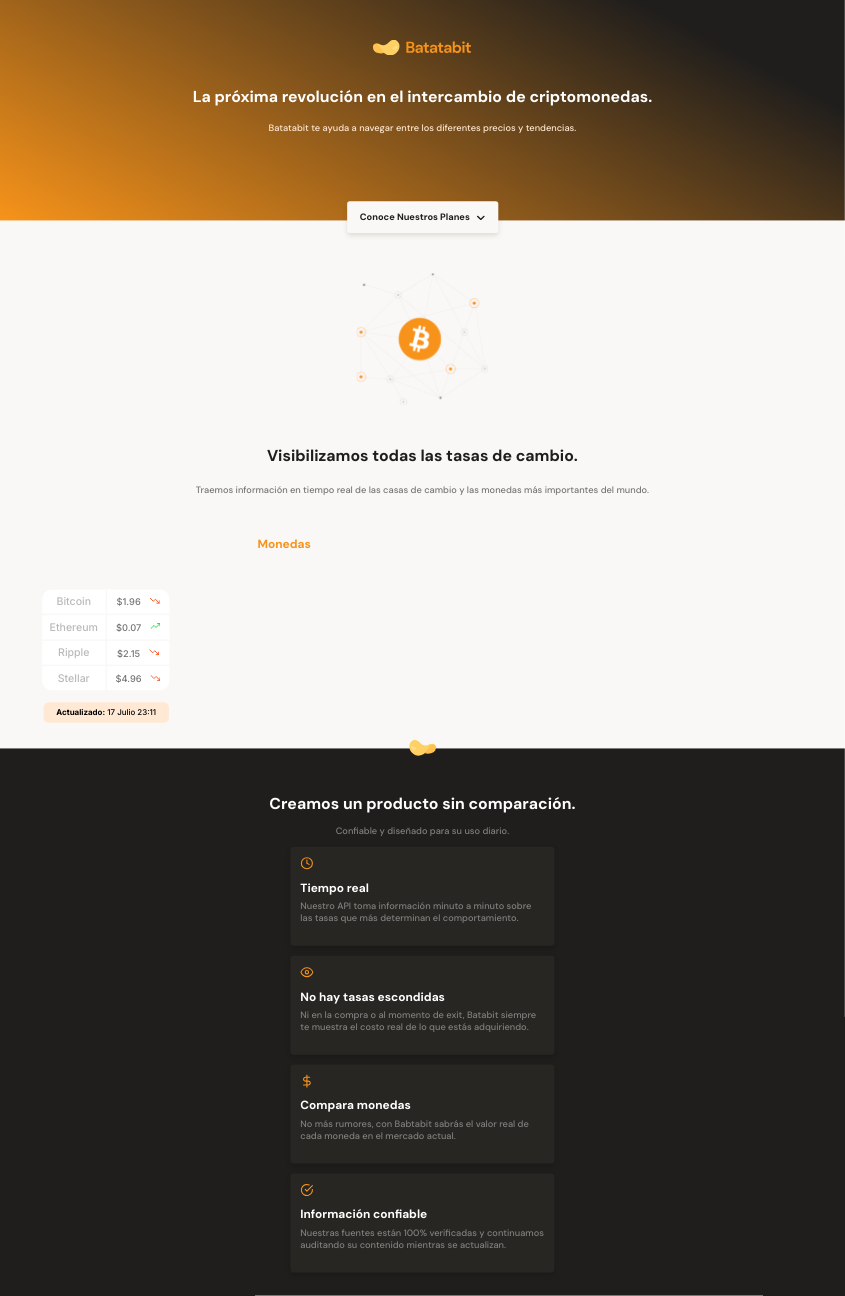
Repository: Pandrea-hub/Batatabit
Page: index.html
These files come from the project's save history. The page is drawn as it stood at one moment and after the next save; the edit follows.
The browser window is 1280 px wide. The pictures show the whole page, at 66% of full size.

Above is the page before, as saved 2022-04-19 08:09:02.

### index.html
<!DOCTYPE html>
<html lang="en">
<head>
    <meta charset="UTF-8">
    <meta http-equiv="X-UA-Compatible" content="IE=edge">
    <meta name="viewport" content="width=device-width, initial-scale=1.0">
    <title>Document</title>
    <link rel="preconnect" href="https://fonts.googleapis.com">
    <link rel="preconnect" href="https://fonts.gstatic.com" crossorigin>
    <link href="https://fonts.googleapis.com/css2?family=DM+Sans:wght@400;500;700&family=Inter:wght@300;500;700&display=swap" rel="stylesheet">
    <link rel="stylesheet" href="./style.css">
</head>
<body>


    <header>

        <img src="./assets/img/logo.svg" alt="Logo del header donde estara una patata y el nombre que es Batatabit"/>
        <div class="header--title-container">
            <h1>La próxima revolución en el intercambio de criptomonedas.</h1>
            <p>Batatabit te ayuda a navegar entre los diferentes precios y tendencias.</p>
            <a href="" class="header--button">Conoce Nuestros Planes<span></span></a>
        </div>
    </header>


    <main>
        <section class="main-exchange--container">
            <div class="backgroungImg"></div>
            <div class="main-exchange--container--title">
                <h2>Visibilizamos todas las tasas de cambio.</h2>
                <p>Traemos información en tiempo real de las casas de cambio y las monedas más importantes del mundo.</p>
            </div>

            <section class="main-tables-container">
                <div class="main-currency-table">



                    <div class="currenty-table">

                        <div class="container-arrow--left" id="arrow-left"></div>

                        <div class="currency-table--container" id="table-1">
                            <p class="currency-table--title" id="title-1">Monedas</p>
                            <table>
                                <tr>
                                    <tr>
                                        <td class="table__top--left">Bitcoin</td>
                                        <td class="table__top--right table__right">$1.96 <span class="down"></span></td>
                                    </tr>
                                    <tr>
                                        <td>Ethereum</td>
                                        <td class="table__right">$0.07 <span class="up"></span></td>
                                    </tr>
                                    <tr>
                                        <td>Ripple</td>
                                        <td class="table__right">$2.15 <span class="down"></span></td>
                                    </tr>
                                    <tr>
                                        <td class="table__bottom--left">Stellar</td>
                                        <td class="table__bottom-right table__right">$4.96 <span class="down"></span></td>
                                    </tr>
                                </tr>
                            </table>
                        </div>


                        <div class="currency-table--container" id="table-2">
                            <p class="currency-table--title" id="title-2">Comisiones</p>
                            <table>
                                <tr>
                                    <tr>
                                        <td class="table__top--left">Bitrade</td>
                                        <td class="table__top--right table__right">$ 12.96</td>
                                    </tr>
                                    <tr>
                                        <td>Bitpreco</td>
                                        <td class="table__right">$ 13.07</td>
                                    </tr>
                                    <tr>
                                        <td>Novadax</td>
                                        <td class="table__right">$ 13.15</td>
                                    </tr>
                                    <tr>
                                        <td class="table__bottom--left">Coinext</td>
                                        <td class="table__bottom-right table__right">$ 14.96</td>
                                    </tr>
                                </tr>
                            </table>
                        </div>

                        <div class="container-arrow" id="arrow-right"></div>

                    </div>

                    <div class="currency-table--date" id="table-date">
                        <p><b>Actualizado:</b> 17 Julio 23:11 </p></p>
                    </div>

                </div>
            </section>
        </section>

    <script>
        const arrow_right = document.getElementById("arrow-right")
        const arrow_left = document.getElementById("arrow-left")
        const table_1 = document.getElementById("table-1")
        const table_2 = document.getElementById("table-2")
        const date = document.getElementById("table-date");


        arrow_right.onclick = function(){
            arrow_right.style.display="none";
            table_1.style.display = "none"
            table_2.style.display = "grid"
            arrow_left.style.display = "block"
            date.style.backgroundColor="#E7F5FF";
        }
        arrow_left.onclick = function(){
            arrow_left.style.display="none";
            table_1.style.display = "grid"
            table_2.style.display = "none"
            arrow_right.style.display = "block"
            date.style.backgroundColor="#FFE9D4";
        }
    </script>


        <section class="main-product--detail">
            <span class="product-detail--batata-logo"></span>
            <div class="product-detail--title">
                <h2>Creamos un producto sin comparación.</h2>
                <p>Confiable y diseñado para su uso diario.</p>
            </div>
            <section class="product-cards--container">
                <article class="product-detail--card">
                    <span class="icon-card clock"></span>
                    <p class="product-card--title">Tiempo real</p>
                    <p class="product-card--body">Nuestro API toma información minuto a minuto sobre las tasas que más determinan el comportamiento.</p>
                </article>

                <article class="product-detail--card">
                    <span class="icon-card tasas"></span>
                    <p class="product-card--title">No hay tasas escondidas</p>
                    <p class="product-card--body">Ni en la compra o al momento de exit, Batabit siempre te muestra el costo real de lo que estás adquiriendo.</p>
                </article>


                <article class="product-detail--card">
                    <span class="icon-card money"></span>
                    <p class="product-card--title">Compara monedas</p>
                    <p class="product-card--body">No más rumores, con Babtabit sabrás el valor real de cada moneda en el mercado actual.</p>
                </article>


                <article class="product-detail--card">
                    <span class="icon-card info"></span>
                    <p class="product-card--title">Información confiable</p>
                    <p class="product-card--body">Nuestras fuentes están 100% verificadas y continuamos auditando su contenido mientras se actualizan.</p>
                </article>


            </section>

        </section>



        <section></section>



        <section></section>
    </main>

    <footer></footer>

</body>
</html>

### style.css
/*
1. Position
2. Box model
3. typography
4. Visual themes
5. Others
*/

:root{
    --bitcoin-orange:#F7931A;
    --soft-orange:#FFE9D4;
    --secondary-blue:#1A9AF7;
    --soft-blue:#E7F5FF;
    --warm-black:#201E1C;
    --black: #201e1c;
    --grey: #bababa;
    --off-white: #faf8f7;
    --just-white: #fff;
}

*{
    padding: 0;
    margin: 0;
    box-sizing: border-box;
}


html{
    font-size: 62.5%;
    font-family: "DM Sans", sans-serif;
}

header{
    position: relative;
    display: flex;
    flex-direction:column;
    justify-content: center;
    width: 100%;
    height: 334px;
    min-width: 320px;
    text-align: center;
    background: linear-gradient(207.8deg, #201E1C 16.69%, #F7931A 100%);

}

header img{
    width: 150px;
    height: 24px;
    margin-top: 60px;
    align-self: center;
}

.header--title-container{
    width: 90%;
    min-width: 288px;
    max-width: 900px;
    height: 218px;
    margin-top: 50px;
    text-align: center;
    align-self:center;
}

.header--title-container h1{
    font-size: 2.4rem;
    font-weight: bold;
    line-height: 2.6rem;
    color: var(--just-white);
}

.header--title-container p{
    font-size: 1.4rem;
    font-weight: 500;
    line-height: 1.8rem;
    color:var(--soft-orange);
    margin-top: 2.4rem;
}


.header--title-container .header--button{
    left: calc(50% - 229px/2);
    position: absolute;
    top: 270px;
    display: block;
    margin-top: 35px;
    padding: 15px;
    width: 229px;
    height: 48px;
    background-color: var(--off-white);
    /* Box shadow */
    box-shadow: 0px 4px 8px rgba(89, 73, 30, 0.16);
    border-radius: 4px;
    font-weight: bold;
    font-size: 14px;
    line-height: 18px;
    color:var(--warm-black);
    text-decoration: none;
}

.header--button span{
    display: inline-block;
    width: 13px;
    height: 8px;
    margin-left: 10px;
    background-image: url('./assets/icons/down-arrow.svg');
}

main{
    width: 100%;
    height: auto;
    background-color:var(--off-white);
    min-width: 320px;
}


.main-exchange--container{
    width: 100%;
    height: auto;
    padding-top: 80px;
    padding-bottom: 30px;
    text-align: center;
}

.main-exchange--container--title{
    width: 100%;
    min-width: 288px;
    max-width: 900px;
    margin: 10px auto;
    padding: 1%;
}

.main-exchange--container .backgroungImg{
    width: 200px;
    height: 200px;
    margin: 0 auto;
    margin-bottom: 50px;
    background-image: url(./assets/img/bitcoin.svg);
    background-size: cover;
    background-position: center;
    background-repeat: no-repeat;
}


.main-exchange--container--title h2{
    margin-bottom: 30px;
    font-size: 2.4rem;
    font-weight: bold;
    line-height: 2.6rem;
    align-self:center;
    color:var(--warm-black);
}




.main-exchange--container--title p{
    margin-bottom: 30px;
    font-size: 1.4rem;
    line-height: 1.8rem;
    font-weight: 500;
    color:#757575;
    text-align: center;

}



.main-tables-container{
    margin: 20px auto;
}



.main-currency-table{
    display: flex;

    flex-direction: column;
    width: 70%;
    min-width: 235px;
    max-width: 500px;
    height: 240px;
    margin: 0 auto;
    font-family: "Inter", sans-serif;
}

.main-currency-table .currency-table--title{
    width: 81px;
    height: 23px;
    margin: 0 auto;
    position: absolute;
    margin-bottom: 15px;
    font-size: 1.8rem;
    font-weight: bold;
    line-height: 2.3rem;
    font-family: "DM Sans";
    color:var(--bitcoin-orange);
    position: absolute;

}

.currenty-table{

}


.currency-table--container{
    margin: 0 auto;
    width: 100%;
    min-width: 230px;
    max-width: 300px;
    height: 90px;


}

.currency-table--container table{
    width: 100%;
    height: 100%;
    width: 197px;
    height: 159px;
    left: 62px;
    top: 889px;
    margin: 0 auto;
    position: absolute;
}


.currency-table--container td{
    width: 50%;
    font-size: 1.6rem;
    font-weight: 500;
    line-height: 1.9rem;
    color:var(--grey);
    background-color:var(--just-white);
    margin: 0px 10px;

}

.table__top--left{
    border-radius: 15px 0 0 0;
}

.table__top--right{
    border-radius:0 15px 0 0;
}


.table__bottom-right{
    border-radius:0 0 15px 0;
}

.table__bottom--left{
    border-radius:0 0 0 15px;
}

.currency-table--container .table__right{
    font-size: 1.4rem;
    font-weight: normal;
    line-height: 1.7rem;
    color:#757575;
}


.currency-table--container .down{
    display: inline-block;
    width: 15px;
    height: 15px;
    margin-left: 10px;
    background-image:url("./assets/icons/trending-down.svg");
    background-size:cover;
    background-repeat:no-repeat;
}

.currency-table--container .up{
    display: inline-block;
    width: 15px;
    height: 15px;
    margin-left: 10px;
    background-image:url("./assets/icons/trending-up.svg");
    background-size:cover;
    background-repeat:no-repeat;
}


.currenty-table{
    display: grid;
    grid-template-columns: 1fr 1fr 1fr;

}


.container-arrow{
    height: 10px;
    width: 12px;
    background-image: url("../assets/icons/right-arrow.svg");
    background-repeat: no-repeat;
    background-size: contain;
    background-position: center;
    position: absolute;
    margin-top:41.8%;
    right: 31px;
    cursor: pointer;
}


.container-arrow--left{
    display: none;
    height: 10px;
    width: 12px;
    background-image: url("../assets/icons/left-arrow.svg");
    background-repeat: no-repeat;
    background-size: contain;
    background-position: center;
    position: absolute;
    margin-top: 41.8%;
    left: 32px;
    cursor: pointer;
}


#title-2{
    color:var(--secondary-blue);
}



.currency-table--date{
    margin: 0 auto;
    font-size: 12px;
    position: absolute;
    width: 190px;
    height: 31px;
    left: 66px;
    top: 1064px;
    padding: 8px;
    background-color:var(--soft-orange);
    border-radius:8px;
}

#table-2{
    display: none;
}

.main-product--detail{
    position: relative;
    width: 100%;
    min-width: 320px;
    height: auto;
    padding: 20px 10px;
    background-color:var(--warm-black);
    margin-top: 30px;
}


.product-detail--batata-logo{
    left: calc(50% - 20px);
    top: -12.5px;
    position: absolute;
    width: 40px;
    height: 25px;
    background-image:url("./assets/icons/batata.svg");
}


.product-detail--title{
    width: 90%;
    min-width: 288px;
    height: auto;
    margin: 0 auto;
    margin-top: 50px;
    text-align: center;
}


.product-detail--title h2{
    margin-bottom: 20px;
    font-size: 2.4rem;
    font-weight: bold;
    line-height: 2.6rem;
    color:var(--just-white);

}

.product-detail--title p{
    color:#808080;
    font-size: 1.4rem;
    font-weight: 500;
    line-height: 1.8rem;
}


.product-detail--card{
    width: 90%;
    min-width: 288px;
    max-width: 400px;
    height: 150px;
    margin: 15px auto;
    padding: 15px;
    background-color:#282623;
    border-radius:5px;
    box-shadow:0px 4px 8px rgba(0, 0, 0, 0.16);

}


.product-detail--card .icon-card{
    display: inline-block;
    width: 20px;
    height: 20px;
    background-position: center;
    background-size: cover;
    background-repeat: no-repeat;
    margin-bottom: 15px;

}

.clock{
    background-image:url("./assets/icons/clock.svg");
}

.tasas{
    background-image:url("./assets/icons/eye.svg");
}

.money{
    background-image:url("./assets/icons/dollar-sign.svg");
}

.info{
    background-image:url("./assets/icons/check-circle.svg");
}

.product-card--title{
    font-weight: 700;
    font-weight: bold;
    font-size: 1.8rem;
    line-height: 1.8rem;
    color:var(--just-white);
}


.product-card--body{
    font-weight: 500;
    font-size: 1.4rem;
    line-height: 1.8rem;
    color: #808080;
    margin-top: 10px;
}

After the next save:
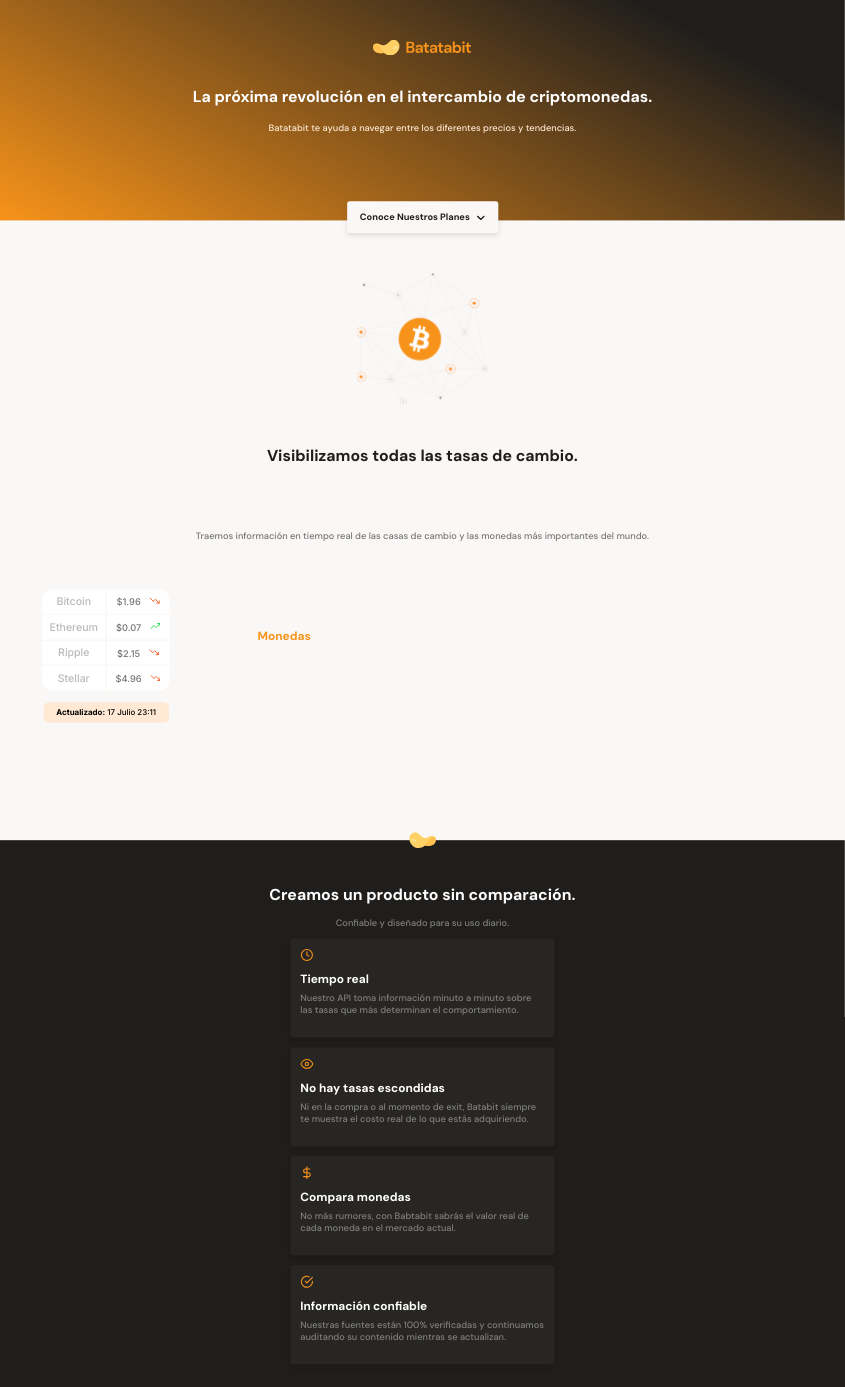
Saved 9 s later.
--- a/style.css
+++ b/style.css
@@ -159,6 +159,7 @@
     font-weight: 500;
     color:#757575;
     text-align: center;
+    padding: 8%;
 
 }
 

After the save that followed:
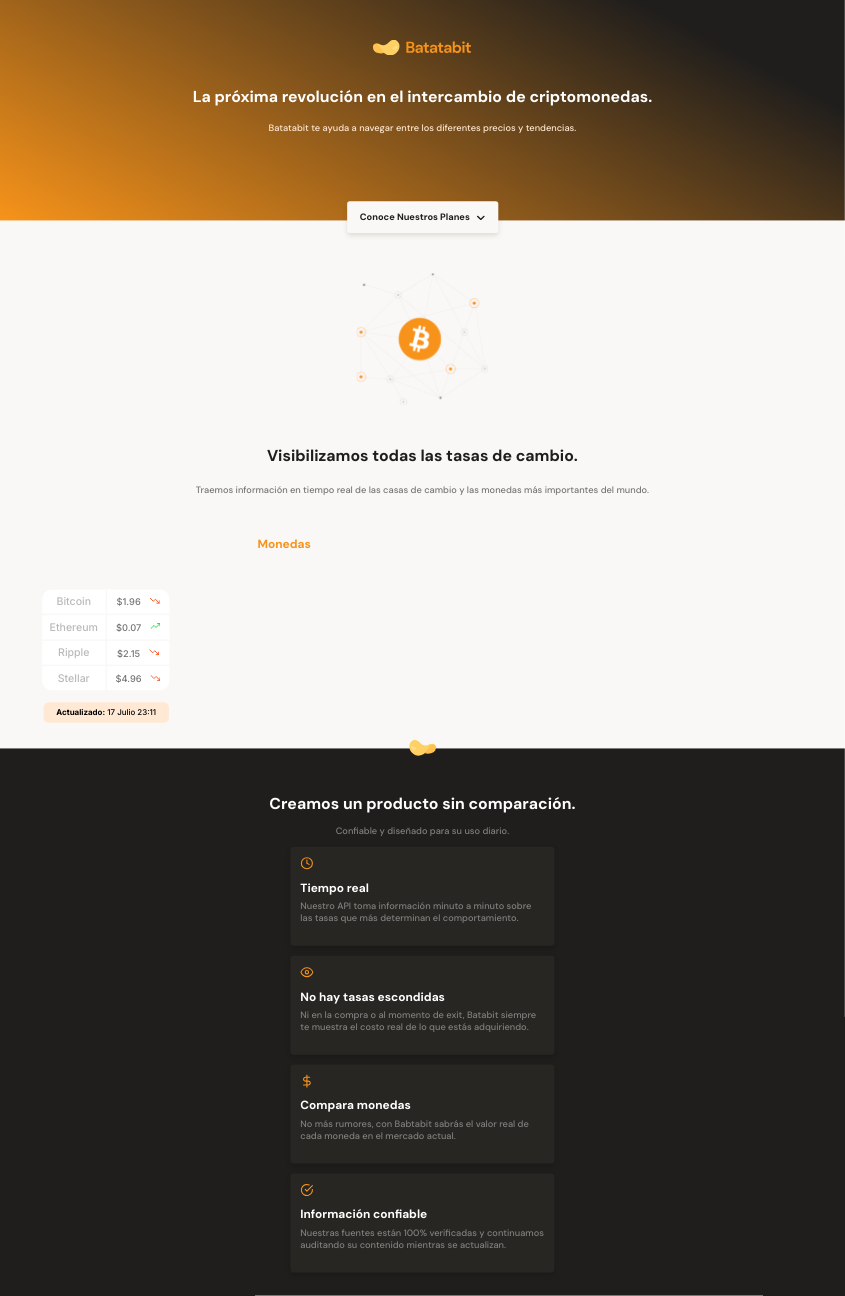
Saved 9 s later.
--- a/style.css
+++ b/style.css
@@ -159,7 +159,6 @@
     font-weight: 500;
     color:#757575;
     text-align: center;
-    padding: 8%;
 
 }
 
